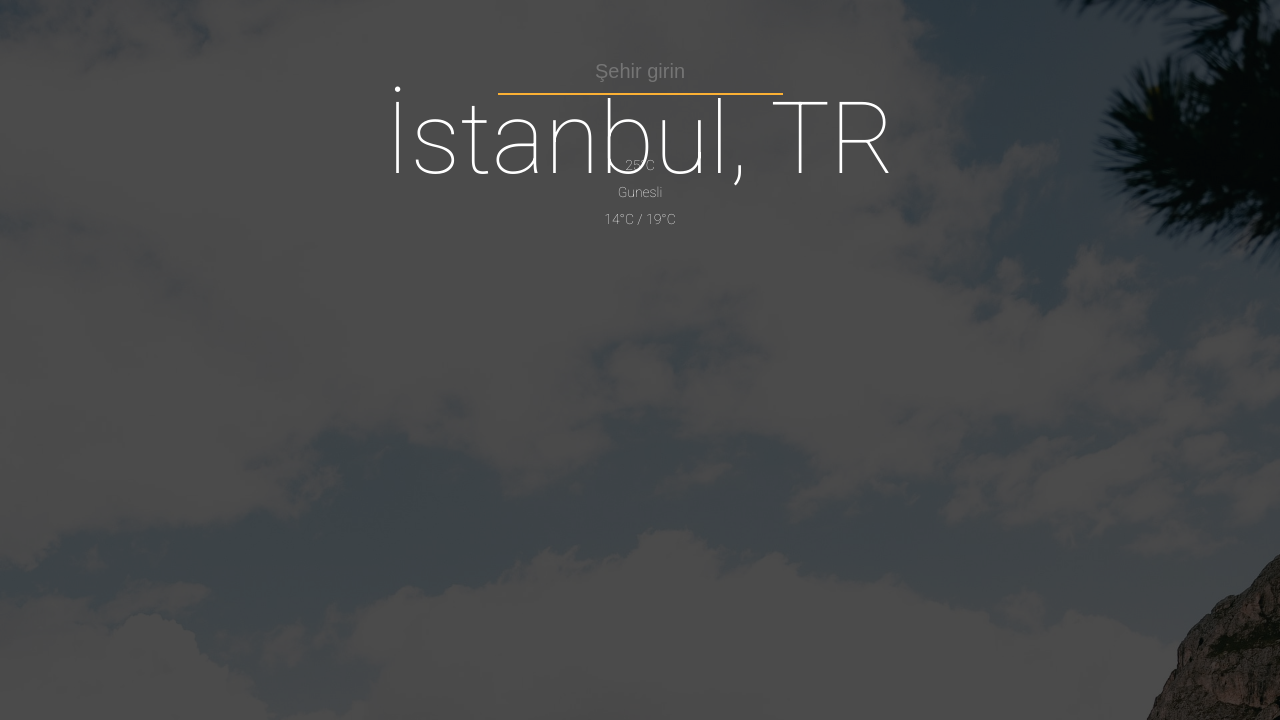
Repository: DogukanSAVA/havadurumu
Page: index.html
An editor plug-in stored every save of this project. The page is shown before and after a run of saves, followed by the edit.
The browser window is 1280 px wide. The pictures show the whole page.

Above is the page before, as saved 2021-09-16 12:01:35.

After the next 4 saves:
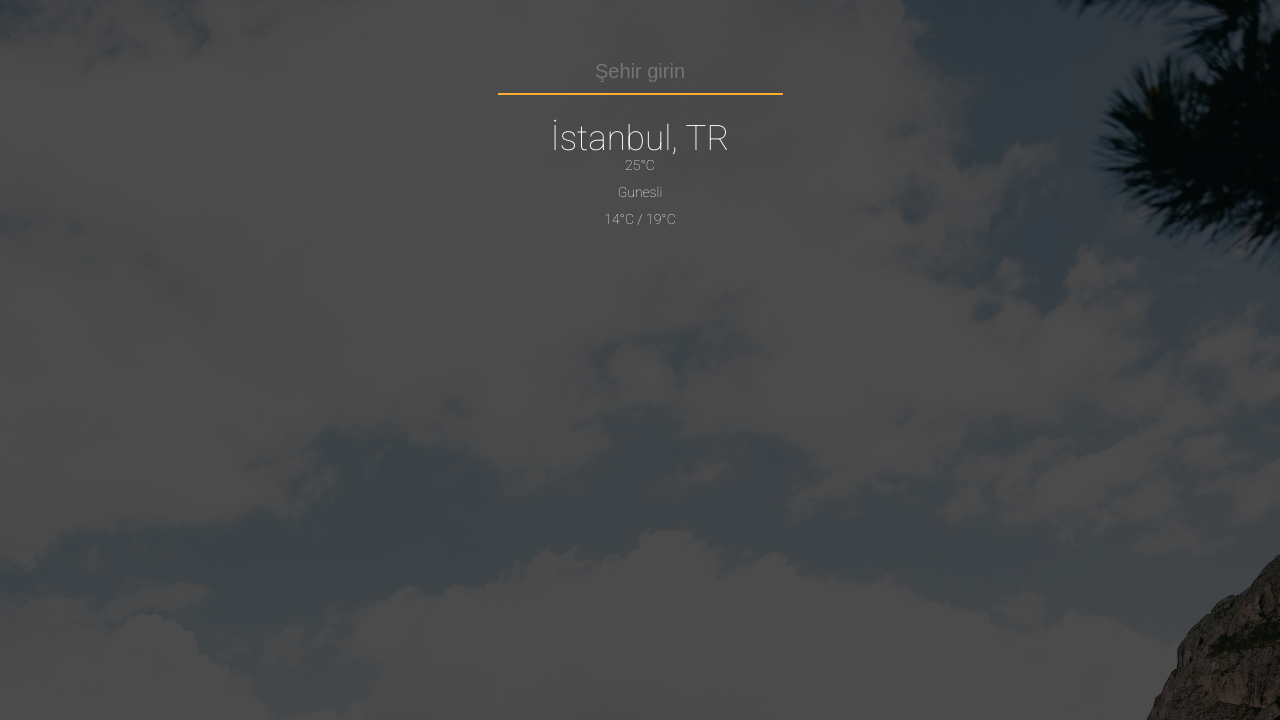
The 4 saves are shown as one change because they came seconds apart.
The last was saved 9 s later.
--- a/style.css
+++ b/style.css
@@ -48,6 +48,6 @@ body {
 }
 
 .city{
-          font-size: 100px;
-
+          font-size: 35px;
+font-weight: 500;
 }
